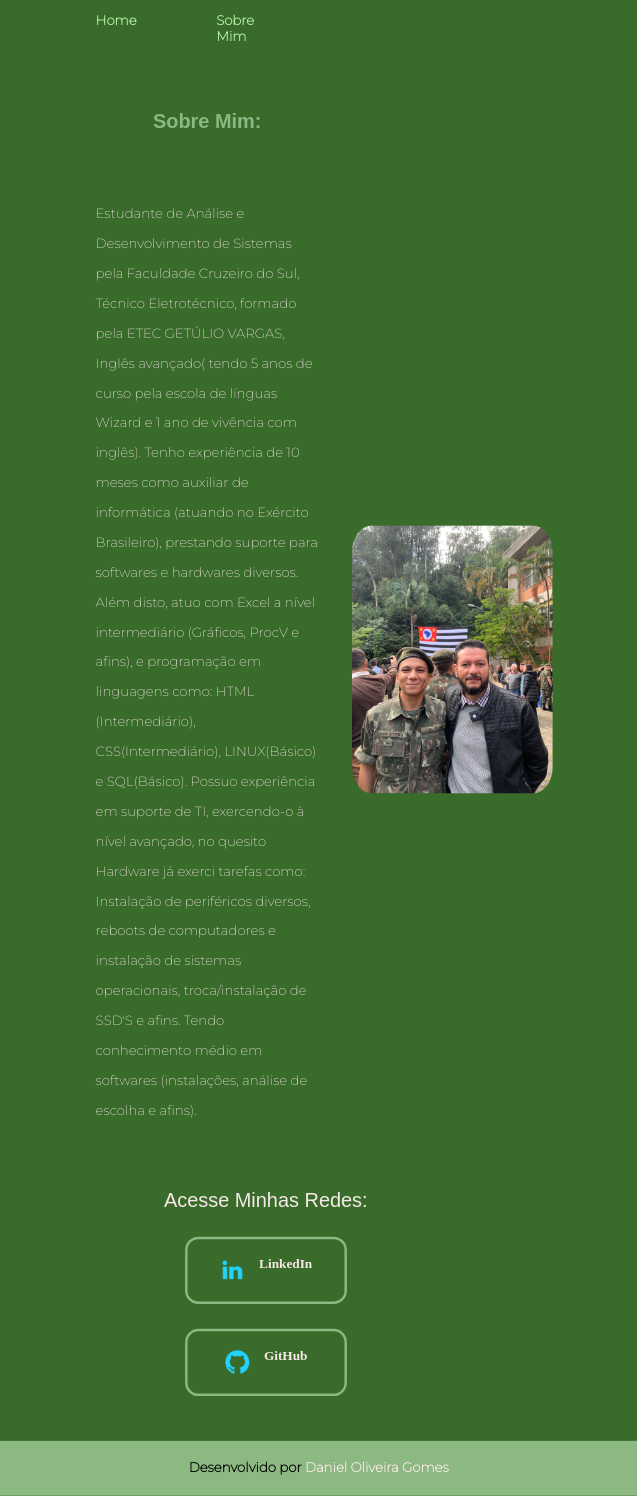
Repository: DamnDTX/Portfolio-Daniel-Oliveira-1
Page: about.html
These files come from the project's save history. The page is drawn as it stood at one moment and after the next save; the edit follows.
The browser window is 768 px wide. The pictures show the whole page, at 83% of full size.
Some web fonts or font styles are not loaded; a fallback is used.

Above is the page before, as saved 2023-07-11 17:08:38.

### about.html
<!DOCTYPE html>
<html lang="pt-br">
<head>
    <meta charset="UTF-8">
    <meta name="viewport" content="width=device-width, initial-scale=1.0">
    <title>Sobre Mim</title>
    <link rel="stylesheet" href="./styles/about.css">
    <!--Há duas formas de nós conseguirmos linkar o nosso arquivos css, a primeira forma nós já sabemos, que é utilizando o elemento link, mas podemos fazer de outra forma, que é escrevendo "link:" e puxar o caminho do css, prefiro a primeira forma, já que a velocidade de ação é a mesma-->
</head>
<body>
<header>
    <header class="cabecalho">
        <nav class="cabecalho__menu">
            <a class="cabecalho__menu__link" href="index.html">Home</a>
            <a class="cabecalho__menu__link" href="about.html">Sobre Mim</a>
        </nav>
</header>
<!--Copiamos o header da outra página html, temos que ver que tem coisas que queremos que continue igual, igual
    o header e as estilizações (posicionamento e afins, quando for assim, copiamos as propriedades da mesma forma
    , alterando só quando necessário)
-->
<main class="principal">
    <section class="principal__conteudo">
        <h1 class="principal__conteudo__titulo">
   <strong>Sobre Mim:</strong>
        </h1>

        <h4 class="principal__conteudo__apresentacao">
            Estudante de Análise e Desenvolvimento de Sistemas pela Faculdade Cruzeiro do Sul, Técnico Eletrotécnico, formado pela ETEC GETÚLIO VARGAS, Inglês avançado( tendo 5 anos de curso pela escola de línguas Wizard e 1 ano de vivência com inglês). Tenho experiência de 10 meses como auxiliar de informática (atuando no Exército Brasileiro), prestando suporte para softwares e hardwares diversos. Além disto, atuo com Excel a nível intermediário (Gráficos, ProcV e afins), e programação em linguagens como: HTML (Intermediário), CSS(Intermediário), LINUX(Básico) e SQL(Básico). Possuo experiência em suporte de TI, exercendo-o à nível avançado, no quesito Hardware já exerci tarefas como: Instalação de periféricos diversos, reboots de computadores e instalação de sistemas operacionais, troca/instalação de SSD'S e afins. Tendo conhecimento médio em softwares (instalações, análise de escolha e afins).
        </h4>
        <div class="principal__links">
            <h2 class="principal__links__subtitulo">Acesse Minhas Redes:</h2>
        <a class="principal__link__social" target="_blank" href="https://www.linkedin.com/in/daniel-oliveira-gomes-3470511b6/">
                <img src="./assets/Logo linkedin.png" alt="linkeidn_logo">
            LinkedIn
                </a>
        <a class="principal__link__social" target="_blank" href="https://github.com/DamnDTX/">
          <img src="./assets/Logo Github.png" alt="github_logo">
          GitHub
        </a>
    </section>
    <img class="daniel" alt="minha_pessoa" src="./assets/Daniel milico.jpeg">
</main>

<footer class="rodape">
    <h4>Desenvolvido por <strong class="desenvolvedor">Daniel Oliveira Gomes</strong></h4>
</footer>
</body>
</html>

### styles/about.css
@import url('https://fonts.googleapis.com/css2?family=Abril+Fatface&family=Krona+One&family=Montserrat:wght@100;200&display=swap');
@import url('https://fonts.googleapis.com/css2?family=Abril+Fatface&family=Krona+One&family=Montserrat:wght@100&display=swap');

:root{
    --cor-dos-textos:#F8E9E9;
    --fonte-textos:'Montsserrat',sans-serif;
    --fonte-titulos:'Krona One', sans-serif;
}




*{
    margin: 0;
    padding: 0;
}

body{
    background-color:  #396B2B;
    color: var(--cor-dos-textos);
    height: 100vh;
    box-sizing: border-box;
}
 /*O 100vh serve quando temos poucos elementos na página, quando o body não alcança tudo (quando há poucos
 elementos), quando não for o caso de termos poucos elementos, tiramos-o, ou melhor, não os usamos  */
strong{
    color: #8CB881;
}

.cabecalho{
padding: 2% 0 0 15%;
}

.cabecalho__menu{display: flex;
gap: 80px;}

.cabecalho__menu__link{font-size:  1,5rem;
    font-family: 'Montserrat', sans-serif;
    font-style: normal;
    font-weight: 600;
    line-height: normal;
    color: #B6EEA7;
    text-decoration: none;
    width: 10%;
    height: 10%;
}

.principal{display: flex;
align-items: center;
justify-content: space-between;
padding: 5% 15%;
gap: 40px;}



.principal__conteudo{
    width: 50%;
    height: 50%;
    display: flex;
    flex-direction: column;
    gap: 40px;
       }

.principal__conteudo__titulo{
    font-family: 'Krona One', sans-serif;
    font-size: 2.25;
    text-align: center;
    margin-top: 40px;

}



.principal__conteudo__apresentacao{
    font-family: 'Montserrat', sans-serif;
    display: flex;
    flex-direction: column;
    font-size:  1,5rem;
    font-style: normal;
    font-weight: 400;
    line-height: 36px;
    color: #F8E9E9;
    margin-top: 40px;
}

.daniel{
    height: 45%;
    width: 45%;
    border-radius: 10%;
    margin-bottom: 200px;
}

 .principal__links{
        justify-content: space-between;
        flex-direction:column;
        align-items: center;
        display: flex;
        width: 378px;
        padding: 16px;
        justify-content: center;
        align-items: center;
        gap: 20px;

        .principal__links__social:hover{
            background-color: #3843E0;
        }
 }
    .principal__links__subtitulo{
        font-family: 'Krona One', sans-serif;
        font-weight: 400;
        margin-top: 20px;
        }


    .principal__link__social{
        background-color: transparent;
        color: #F8E9E9;
        width: 50%;
        height: 32px;
        text-align: center;
        border-radius: 16px;
        font-size:  1,5rem;
        padding: 21.5px 0;
        text-decoration: none;
        font-weight: 600;
        border-style: solid;
        display: flex;
        justify-content: center;
        gap: 16px;
        margin-top: 10px;
        border-color: #8CB881;
    }

.logo{width: 28px;
    height: 28px;
    }

.rodape{font-size:  1,5rem;
    font-family: 'Montserrat', sans-serif;
    font-style: normal;
    font-weight: 400;
    line-height: 36px;
    background-color: #8CB881;
    text-align: center;
    color: black;
    padding: 15px;
    flex-shrink: 0;
}

    .desenvolvedor{color: #F8E9E9;}

After the next save:
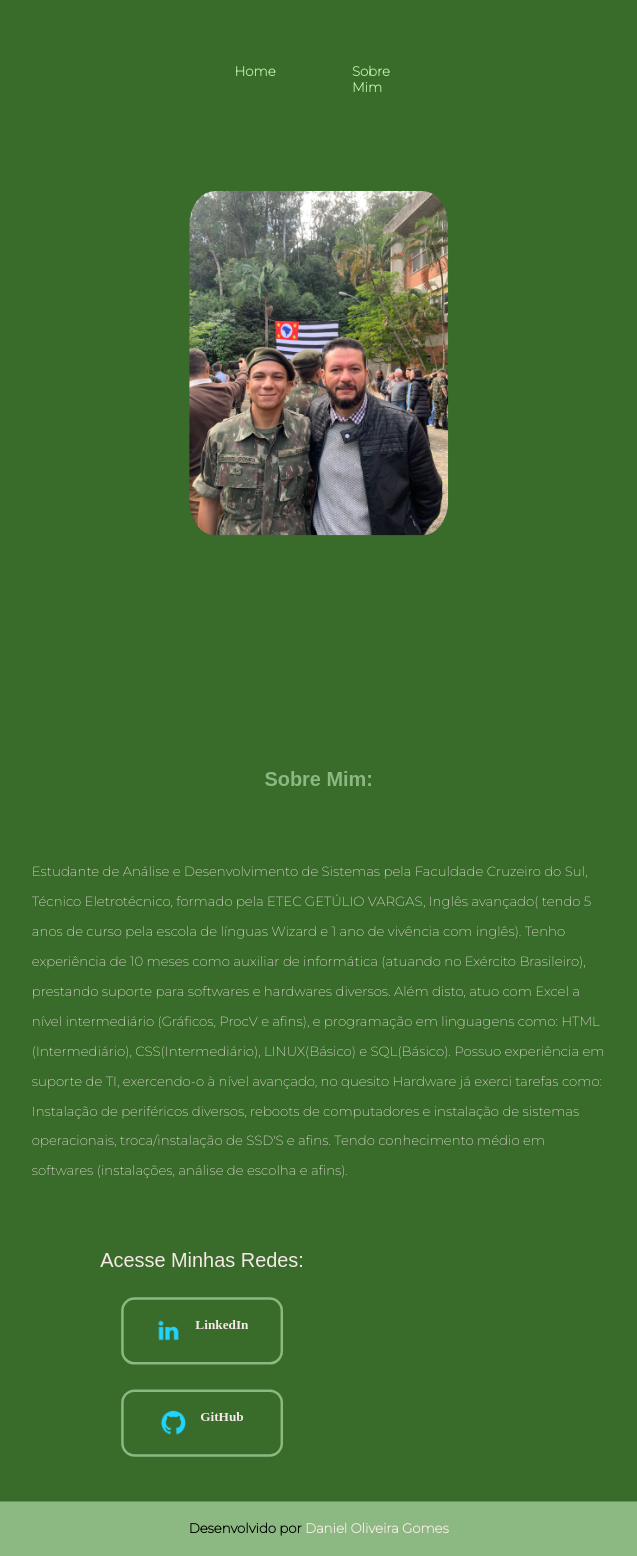
Saved 19 min 7 s later.
--- a/styles/about.css
+++ b/styles/about.css
@@ -148,3 +148,28 @@ gap: 40px;}
 }
 
     .desenvolvedor{color: #F8E9E9;}
+
+
+    @media (max-width:800px) {
+        .cabecalho {
+            padding: 10%;
+        }
+
+        .cabecalho__menu{
+            justify-content: center;
+        }
+
+        .principal {
+            flex-direction: column-reverse;
+            padding: 5% 5%;
+        }
+
+        .principal__conteudo{
+            width: auto;
+        }
+
+        .eu{
+            border-radius: 10%;
+        }
+
+    }
